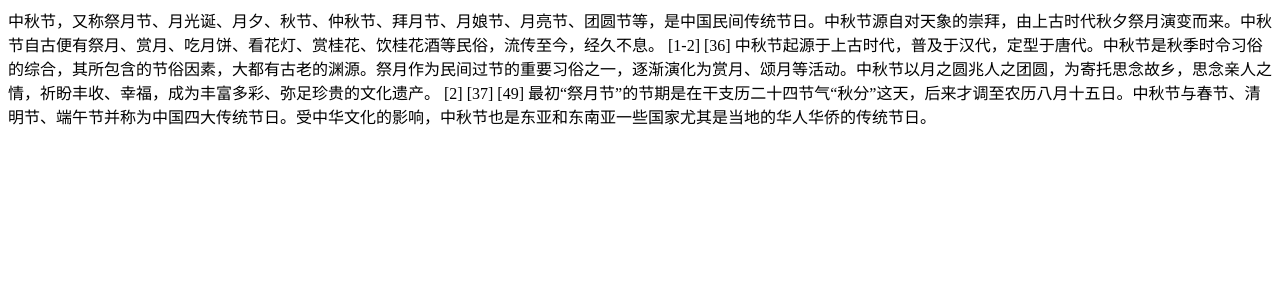
Repository: XueJie1/computer-operation-basics
Page: pages/midautumn/introduction.html
An editor plug-in stored every save of this project. The page is shown before and after the next save, followed by the edit.
The browser window is 1280 px wide. The pictures show the whole page.

Above is the page before, as saved 2023-08-30 19:14:13.

After the next save:
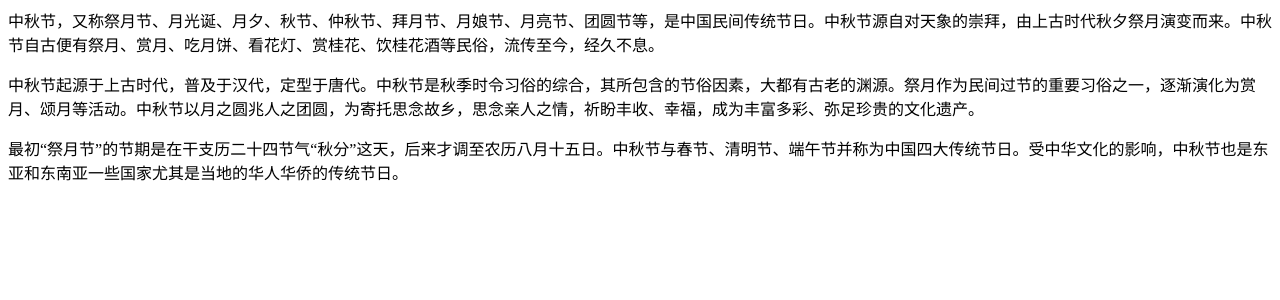
Saved 2 min 0 s later.
--- a/pages/midautumn/introduction.html
+++ b/pages/midautumn/introduction.html
@@ -1,4 +1,5 @@
-<p>中秋节，又称祭月节、月光诞、月夕、秋节、仲秋节、拜月节、月娘节、月亮节、团圆节等，是中国民间传统节日。中秋节源自对天象的崇拜，由上古时代秋夕祭月演变而来。中秋节自古便有祭月、赏月、吃月饼、看花灯、赏桂花、饮桂花酒等民俗，流传至今，经久不息。&nbsp;[1-2]&nbsp;[36]
-    中秋节起源于上古时代，普及于汉代，定型于唐代。中秋节是秋季时令习俗的综合，其所包含的节俗因素，大都有古老的渊源。祭月作为民间过节的重要习俗之一，逐渐演化为赏月、颂月等活动。中秋节以月之圆兆人之团圆，为寄托思念故乡，思念亲人之情，祈盼丰收、幸福，成为丰富多彩、弥足珍贵的文化遗产。&nbsp;[2]&nbsp;[37]&nbsp;[49]
-    最初“祭月节”的节期是在干支历二十四节气“秋分”这天，后来才调至农历八月十五日。中秋节与春节、清明节、端午节并称为中国四大传统节日。受中华文化的影响，中秋节也是东亚和东南亚一些国家尤其是当地的华人华侨的传统节日。
+<p>中秋节，又称祭月节、月光诞、月夕、秋节、仲秋节、拜月节、月娘节、月亮节、团圆节等，是中国民间传统节日。中秋节源自对天象的崇拜，由上古时代秋夕祭月演变而来。中秋节自古便有祭月、赏月、吃月饼、看花灯、赏桂花、饮桂花酒等民俗，流传至今，经久不息。
+<p>中秋节起源于上古时代，普及于汉代，定型于唐代。中秋节是秋季时令习俗的综合，其所包含的节俗因素，大都有古老的渊源。祭月作为民间过节的重要习俗之一，逐渐演化为赏月、颂月等活动。中秋节以月之圆兆人之团圆，为寄托思念故乡，思念亲人之情，祈盼丰收、幸福，成为丰富多彩、弥足珍贵的文化遗产。
 </p>
+<p>最初“祭月节”的节期是在干支历二十四节气“秋分”这天，后来才调至农历八月十五日。中秋节与春节、清明节、端午节并称为中国四大传统节日。受中华文化的影响，中秋节也是东亚和东南亚一些国家尤其是当地的华人华侨的传统节日。</p>
+</p>
